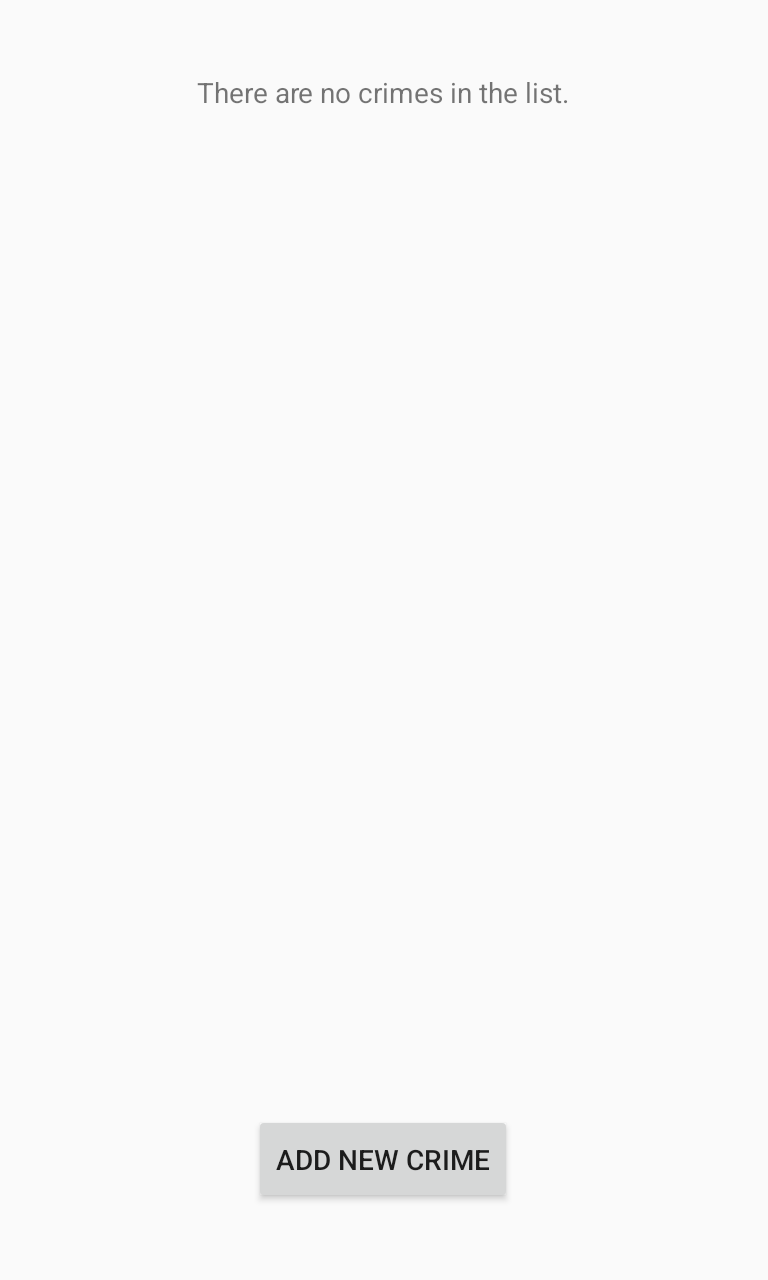
Repository: Jeedan/learning-android-apps
Layout: CriminalIntent/res/layout/fragment_list_empty.xml
An editor plug-in stored every save of this project. The layout is shown before and after the next save, followed by the edit.
It is drawn on a 768 x 1280 px phone screen (xhdpi) without system bars, with theme AppTheme; the app's code is not run. Lists and similar views that code fills are empty.

Above is the layout before, as saved 2014-10-23 10:24:53.

After the next save:
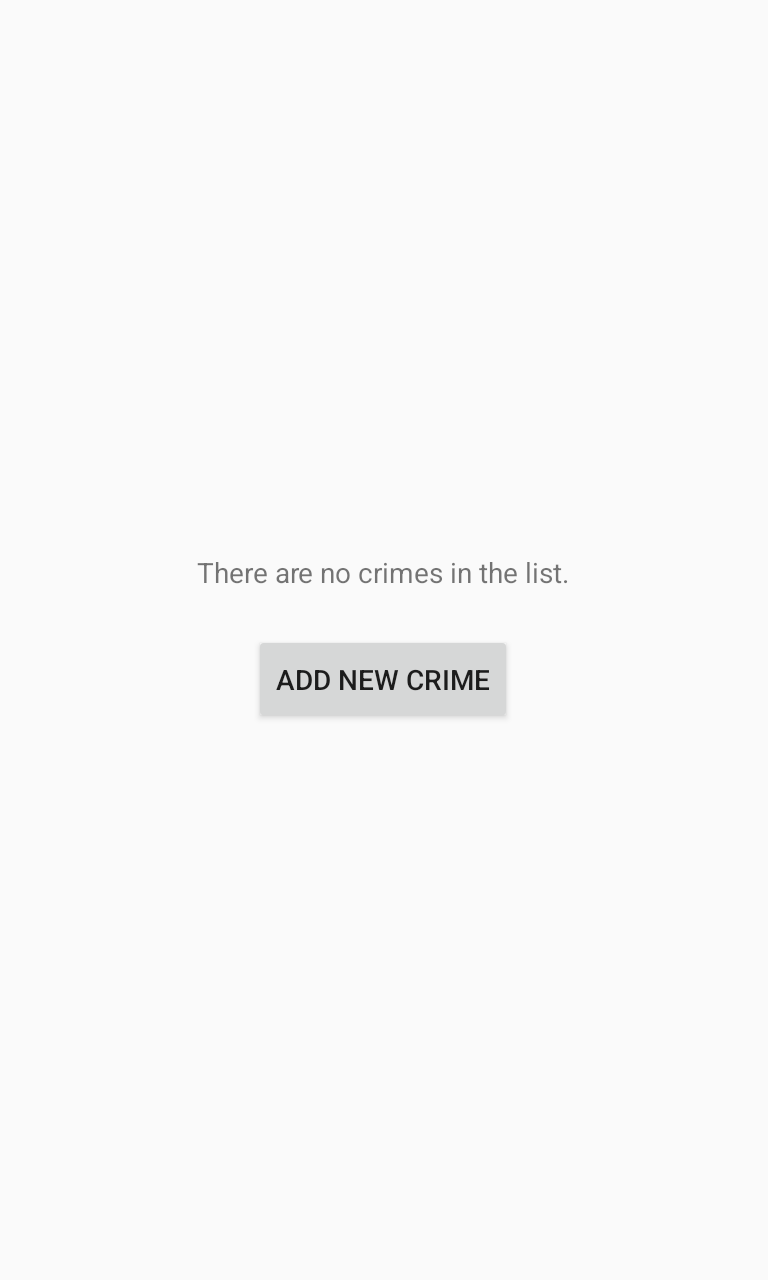
Saved 25 s later.
--- a/CriminalIntent/res/layout/fragment_list_empty.xml
+++ b/CriminalIntent/res/layout/fragment_list_empty.xml
@@ -27,6 +27,6 @@
         android:layout_height="wrap_content"
         android:text="@string/add_new_crime_button_label"
         android:layout_gravity="center"
-        android:layout_marginTop="500dp"/>
+        android:layout_marginTop="20dp"/>
    </LinearLayout>
 </FrameLayout>
